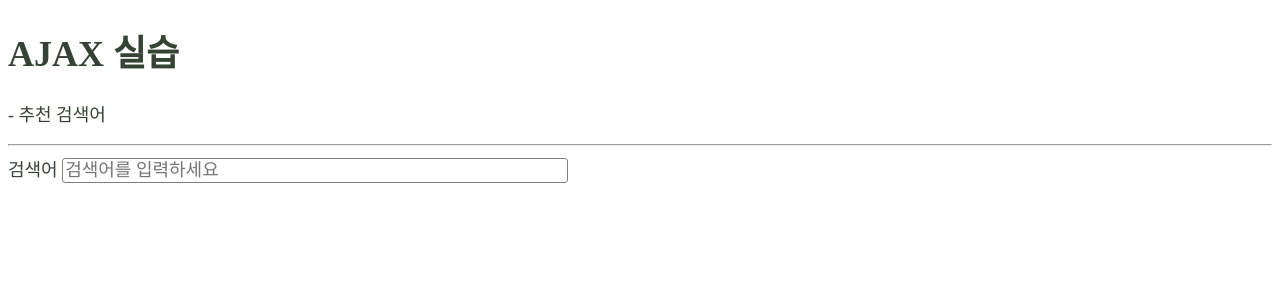
Repository: youngsik0405/Web-study
Page: http://localhost/AjaxApp/AjaxTest05.jsp
An editor plug-in stored every save of this project. The page is shown before and after the next save, followed by the edit.
The browser window is 1280 px wide. The pictures show the whole page.
The page is served by Tomcat 9.

Above is the page before, as saved 2025-02-03 05:34:23.

After the next save:
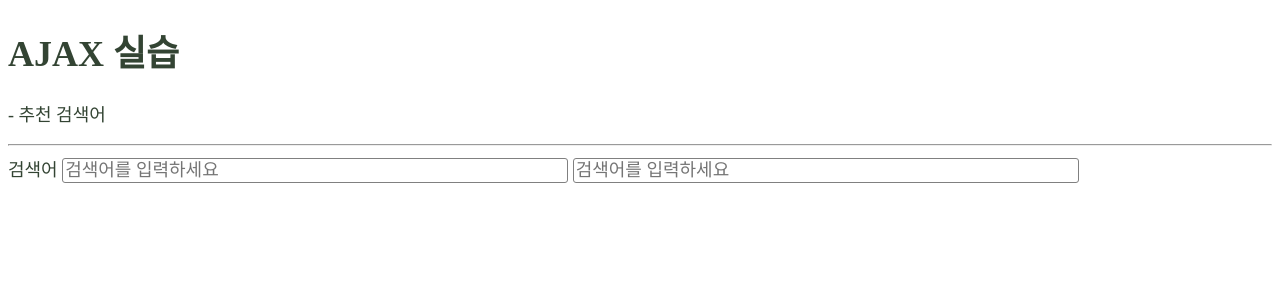
Saved 11 min 47 s later.
--- a/AjaxApp/WebContent/AjaxTest05.jsp
+++ b/AjaxApp/WebContent/AjaxTest05.jsp
@@ -145,6 +145,8 @@
 	검색어
 	<input type="text" id="search" class="control" placeholder="검색어를 입력하세요"
 	onkeyup="search()">
+	<input type="text" id="search" class="control" placeholder="검색어를 입력하세요"
+	onkeyup="search()">
 </div>
 
 <div id="list">

After the save that followed:
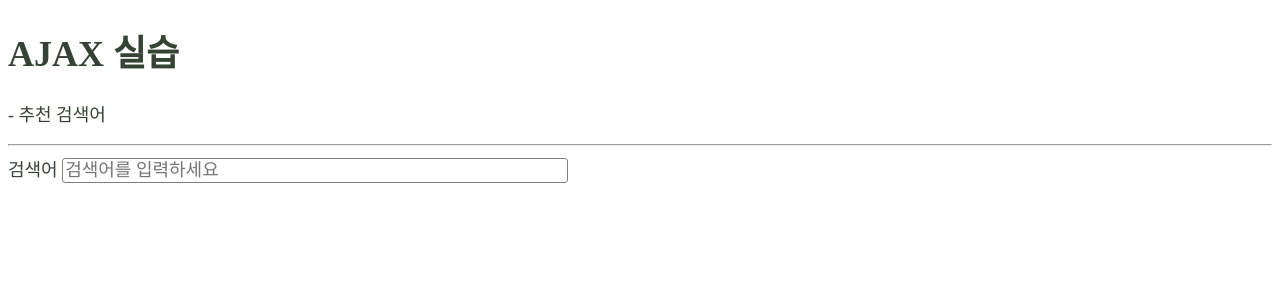
Saved 12 s later.
--- a/AjaxApp/WebContent/AjaxTest05.jsp
+++ b/AjaxApp/WebContent/AjaxTest05.jsp
@@ -143,8 +143,8 @@
 
 <div>
 	검색어
-	<input type="text" id="search" class="control" placeholder="검색어를 입력하세요"
-	onkeyup="search()">
+	<!-- <input type="text" id="search" class="control" placeholder="검색어를 입력하세요"
+	onkeyup="search()"> -->
 	<input type="text" id="search" class="control" placeholder="검색어를 입력하세요"
 	onkeyup="search()">
 </div>
